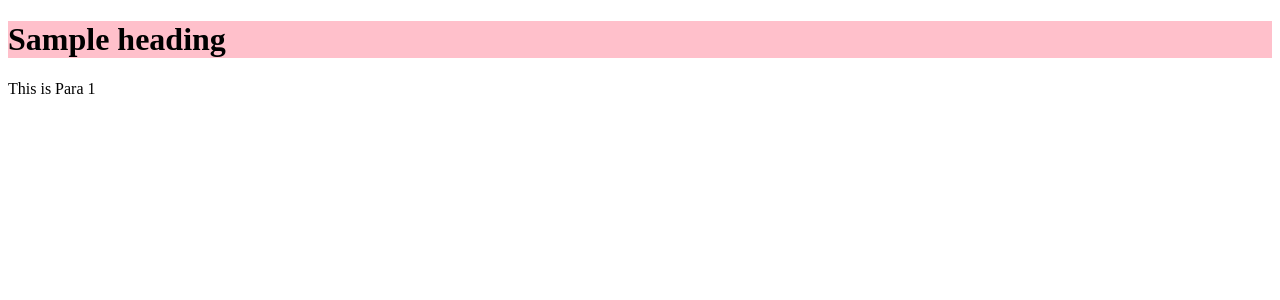
Repository: jbn-aman/wiprobatch1
Page: project/work/html/mywebapp/public/pages/cssdemo/backgrounddemo.html
These files come from the project's save history. The page is drawn as it stood at one moment and after the next save; the edit follows.
The browser window is 1280 px wide. The pictures show the whole page.

Above is the page before, as saved 2024-04-01 12:55:01.

### project/work/html/mywebapp/public/pages/cssdemo/backgrounddemo.html
<!DOCTYPE html>
<html>
<head>
<meta charset="ISO-8859-1">
<title>Background demo</title>
</head>
<body>

	<h1 style="background-color:pink">Sample heading</h1>

	<p>This is Para 1</p>

</body>
</html>

After the next save:
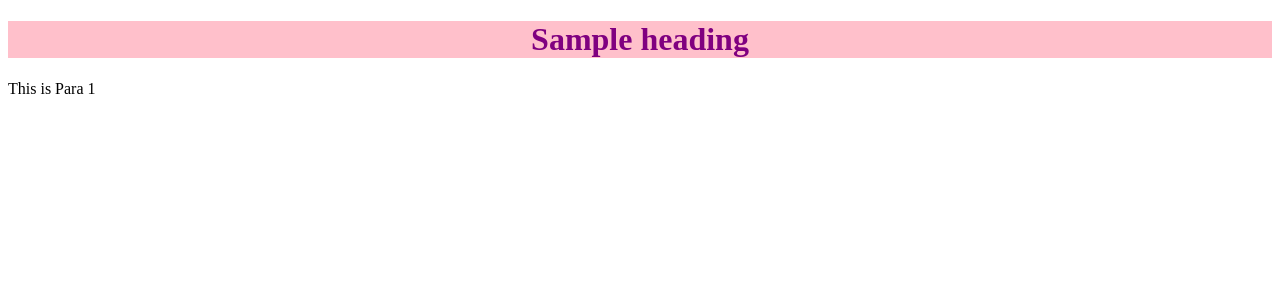
Saved 45 s later.
--- a/project/work/html/mywebapp/public/pages/cssdemo/backgrounddemo.html
+++ b/project/work/html/mywebapp/public/pages/cssdemo/backgrounddemo.html
@@ -6,7 +6,7 @@
 </head>
 <body>
 
-	<h1 style="background-color:pink">Sample heading</h1>
+	<h1 style="background-color:pink;color:purple;text-align:center;">Sample heading</h1>
 
 	<p>This is Para 1</p>
 
